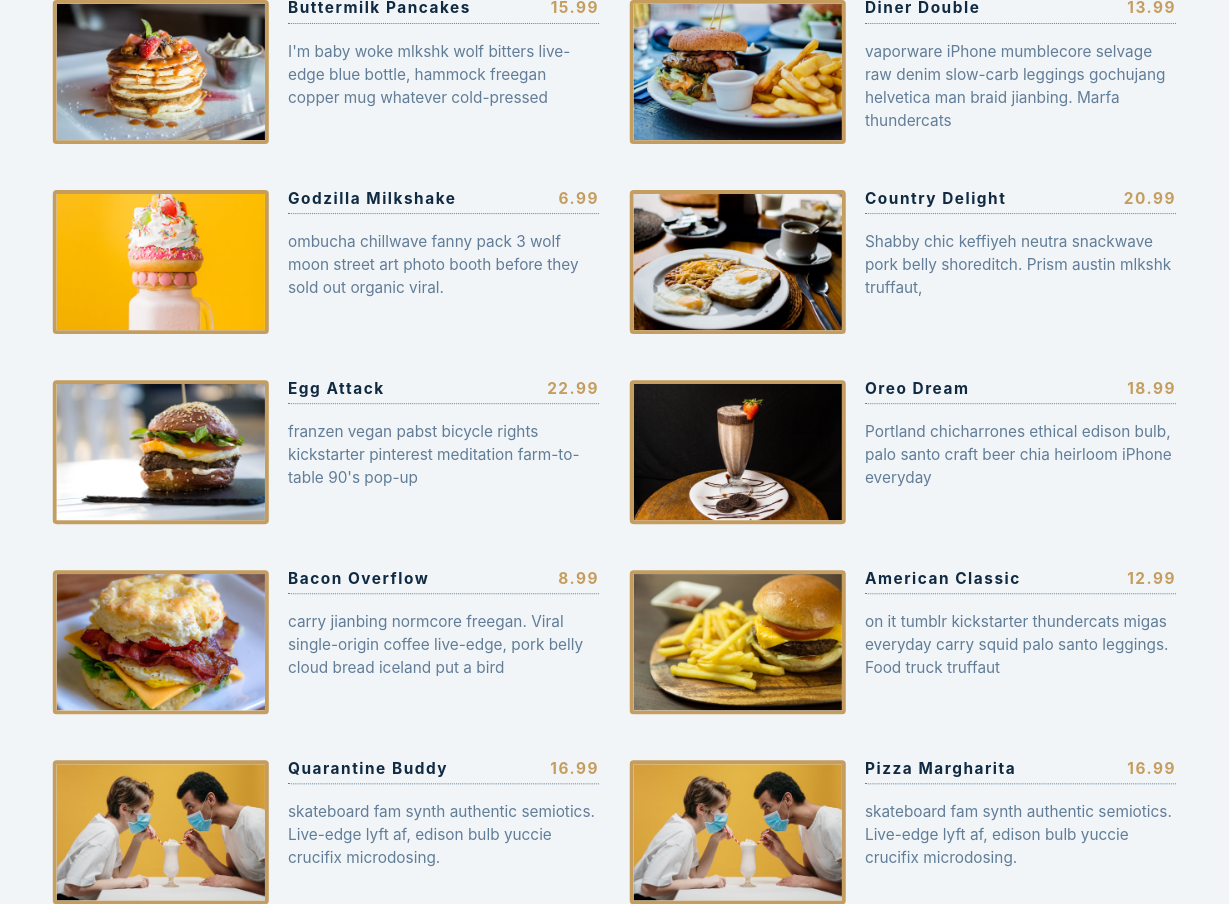
Repository: gligor99/menu-ts-react
Page: /
The author's editor kept a copy of each file at every save. The page is drawn from the files as they stood at one save, then again after a run of saves.
The browser window is 1280 px wide. The pictures show the whole page, at 96% of full size.
The project was rebuilt for these pictures with package versions that can differ from the ones it lists, and the page was loaded fresh each time.

Above is the page before, as saved 2021-11-24 23:28:25.

### src/App.tsx
import { useState } from "react";
import Categories from "./components/Categories";
import Menu from "./components/Menu";
import items from "./data";

const uniques = Array.from(new Set(items.map((item) => item.category))) ;
const allCategories = ['all', ...uniques]
console.log(allCategories);

export type ItemsProps = {
  id: number;
  title: string;
  category: string;
  price: number;
  img: string;
  desc: string;
};

function App() {
  const [menuItems, setMenuItems] = useState<ItemsProps[]>(items);
  const [categories, setCategories] = useState(allCategories)

  return (
    <div className="App">
      <Categories {...categories} />
      <Menu items={menuItems} />
    </div>
  );
}

export default App;

### src/components/Categories.tsx
const Categories = (categories: any) => {
    return (
        <div>

        </div>
    )
}

export default Categories

### src/components/Menu.tsx
import { ItemsProps } from "../App";
import '../index.css'

type Props = {
  items: ItemsProps[];
};

const Menu: React.FC<Props> = ({ items }) => {
  console.log(items);

  return (
    <div className="section-center">
      {items.map((item) => {
        return (
          <article className="menu-item" key={item.id}>
            <img src={item.img} alt={item.title} className="photo" />
            <div className="item-info">
                <header>
                    <h4 className="title">{item.title}</h4>
                    <h4 className="price">{item.price}</h4>
                </header>
                <p className="item-text">{item.desc}</p>
            </div>
          </article>
        );
      })}
    </div>
  );
};

export default Menu;

### src/data.ts
const menu = [
    {
      id: 1,
      title: 'buttermilk pancakes',
      category: 'breakfast',
      price: 15.99,
      img: './images/item-1.jpeg',
      desc: `I'm baby woke mlkshk wolf bitters live-edge blue bottle, hammock freegan copper mug whatever cold-pressed `,
    },
    {
      id: 2,
      title: 'diner double',
      category: 'lunch',
      price: 13.99,
      img: './images/item-2.jpeg',
      desc: `vaporware iPhone mumblecore selvage raw denim slow-carb leggings gochujang helvetica man braid jianbing. Marfa thundercats `,
    },
    {
      id: 3,
      title: 'godzilla milkshake',
      category: 'shakes',
      price: 6.99,
      img: './images/item-3.jpeg',
      desc: `ombucha chillwave fanny pack 3 wolf moon street art photo booth before they sold out organic viral.`,
    },
    {
      id: 4,
      title: 'country delight',
      category: 'breakfast',
      price: 20.99,
      img: './images/item-4.jpeg',
      desc: `Shabby chic keffiyeh neutra snackwave pork belly shoreditch. Prism austin mlkshk truffaut, `,
    },
    {
      id: 5,
      title: 'egg attack',
      category: 'lunch',
      price: 22.99,
      img: './images/item-5.jpeg',
      desc: `franzen vegan pabst bicycle rights kickstarter pinterest meditation farm-to-table 90's pop-up `,
    },
    {
      id: 6,
      title: 'oreo dream',
      category: 'shakes',
      price: 18.99,
      img: './images/item-6.jpeg',
      desc: `Portland chicharrones ethical edison bulb, palo santo craft beer chia heirloom iPhone everyday`,
    },
    {
      id: 7,
      title: 'bacon overflow',
      category: 'breakfast',
      price: 8.99,
      img: './images/item-7.jpeg',
      desc: `carry jianbing normcore freegan. Viral single-origin coffee live-edge, pork belly cloud bread iceland put a bird `,
    },
    {
      id: 8,
      title: 'american classic',
      category: 'lunch',
      price: 12.99,
      img: './images/item-8.jpeg',
      desc: `on it tumblr kickstarter thundercats migas everyday carry squid palo santo leggings. Food truck truffaut  `,
    },
    {
      id: 9,
      title: 'quarantine buddy',
      category: 'shakes',
      price: 16.99,
      img: './images/item-9.jpeg',
      desc: `skateboard fam synth authentic semiotics. Live-edge lyft af, edison bulb yuccie crucifix microdosing.`,
    },
    {
      id: 10,
      title: 'pizza margharita',
      category: 'dinner',
      price: 16.99,
      img: './images/item-9.jpeg',
      desc: `skateboard fam synth authentic semiotics. Live-edge lyft af, edison bulb yuccie crucifix microdosing.`,
    },


  ];
  export default menu;

Loaded but not shown: public/index.html (common file); src/index.tsx (common file); src/index.css (common file)

After the next 4 saves:
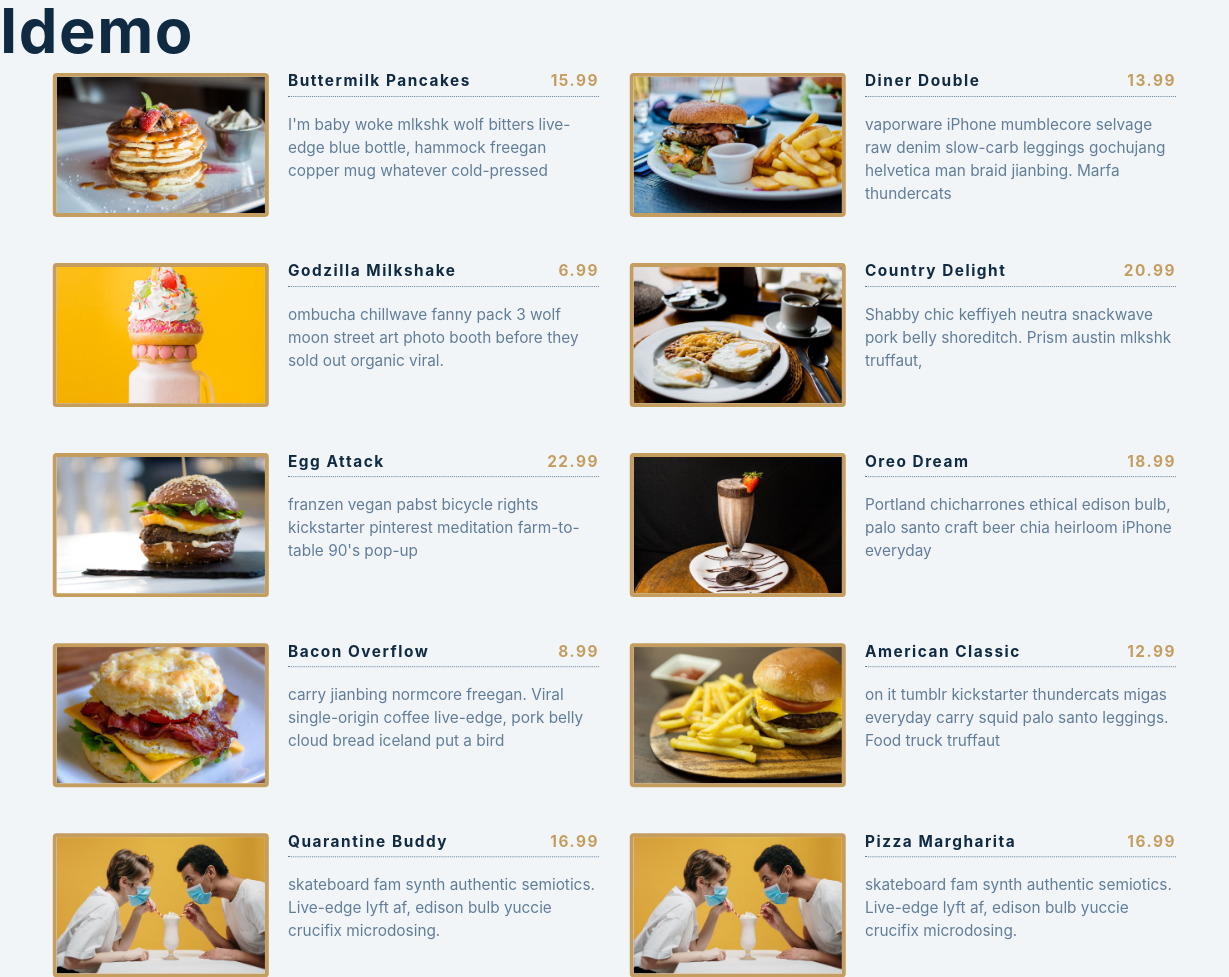
The 4 saves are shown as one change because 3 did not build or start.
The last was saved 2 min 41 s later.
--- a/src/components/Categories.tsx
+++ b/src/components/Categories.tsx
@@ -1,9 +1,7 @@
 const Categories = (categories: any) => {
-    return (
-        <div>
+  return (
+    <div><h1>Idemo</h1></div>
+  );
+};
 
-        </div>
-    )
-}
-
-export default Categories
+export default Categories;
